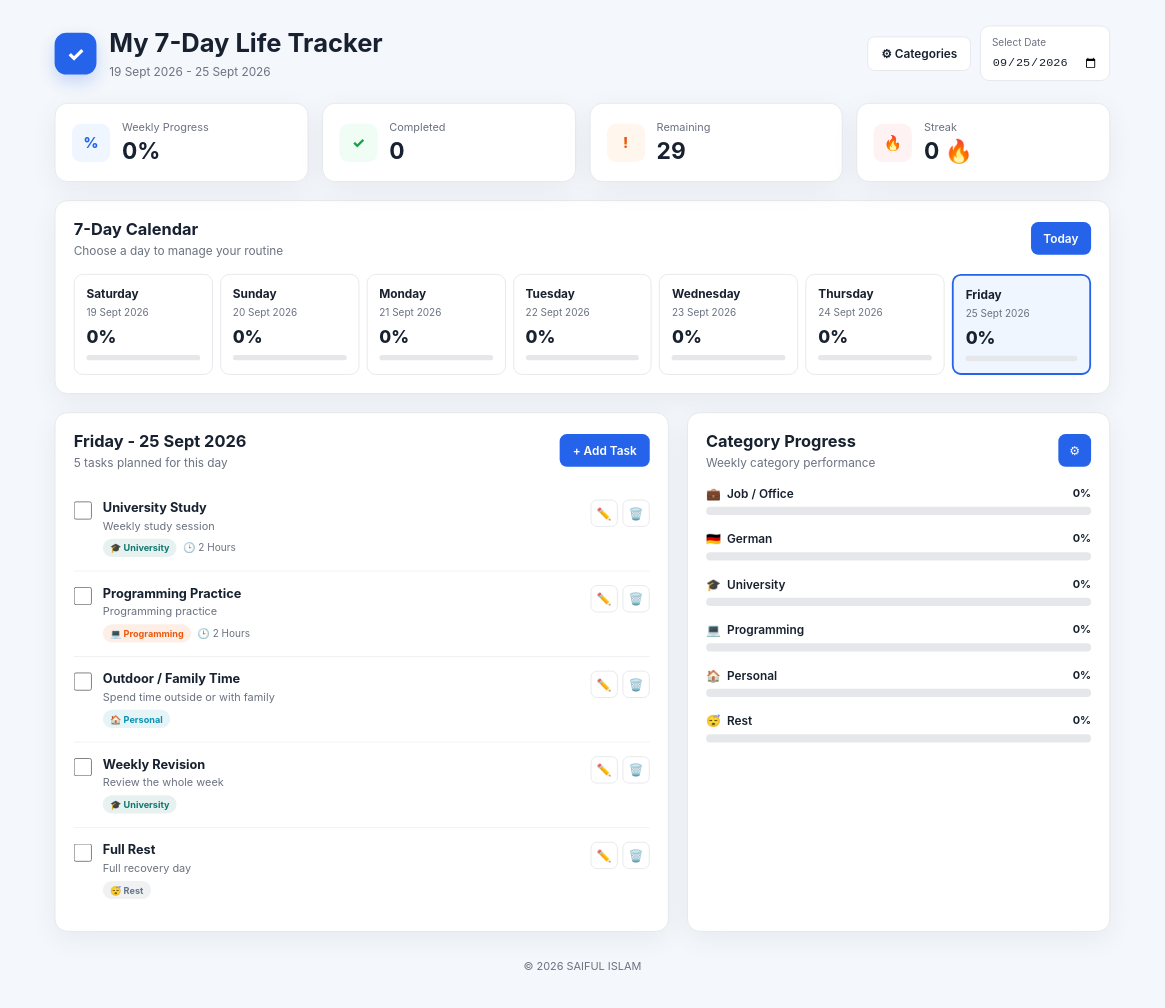
Repository: Saiful21Islam/Life-Tracker
Page: index.html
These files come from the project's save history. The page is drawn as it stood at one moment and after the next save; the edit follows.
The browser window is 1280 px wide. The pictures show the whole page, at 91% of full size.

Above is the page before, as saved 2026-09-28 11:28:21.

After the next save:
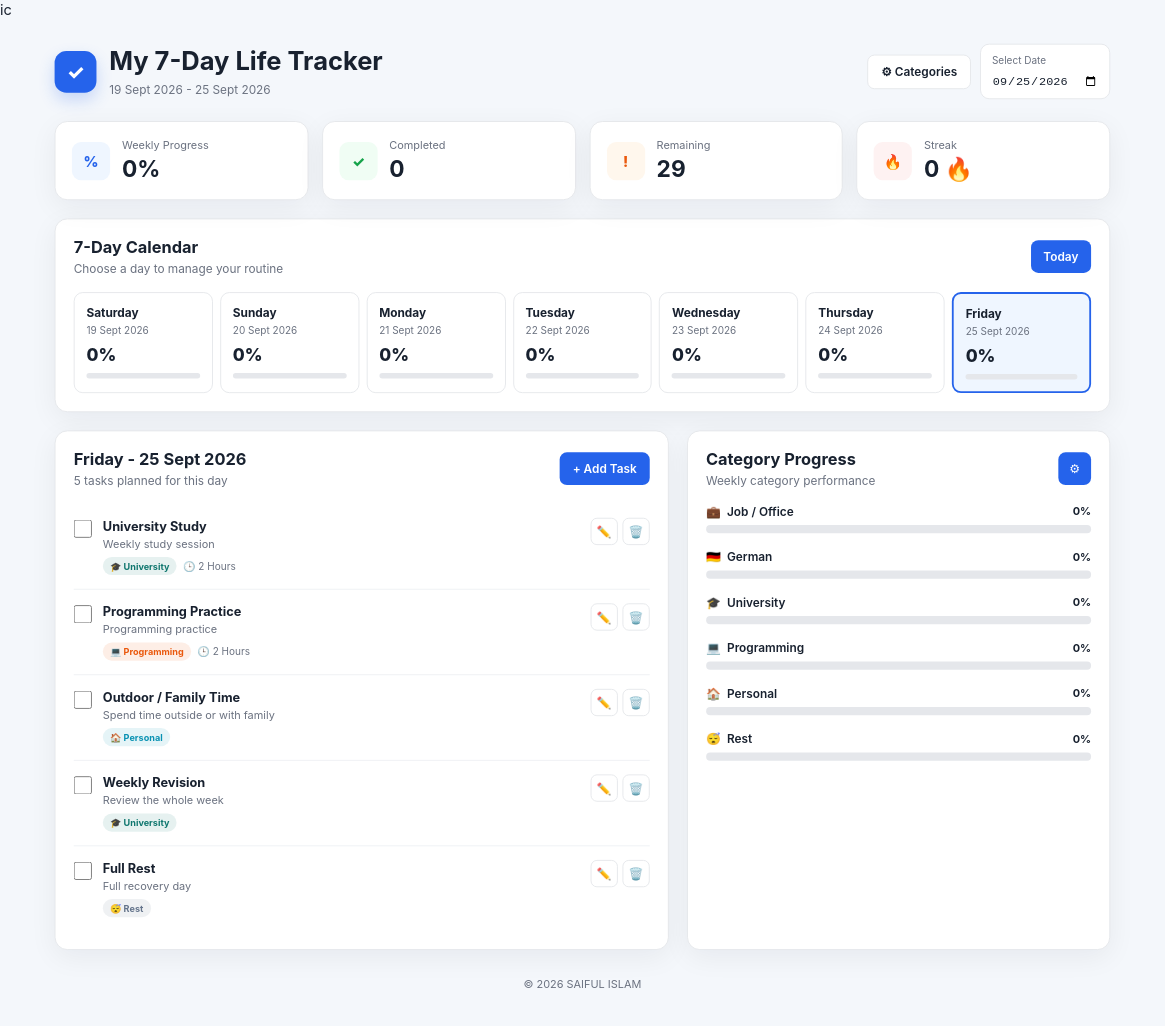
Saved 5 min 14 s later.
--- a/index.html
+++ b/index.html
@@ -6,6 +6,7 @@
     <meta name="viewport" content="width=device-width, initial-scale=1.0">
 
     <title>My 7-Day Life Tracker</title>
+    ic
 
     <link rel="stylesheet" href="./style.css">
 </head>

After the save that followed:
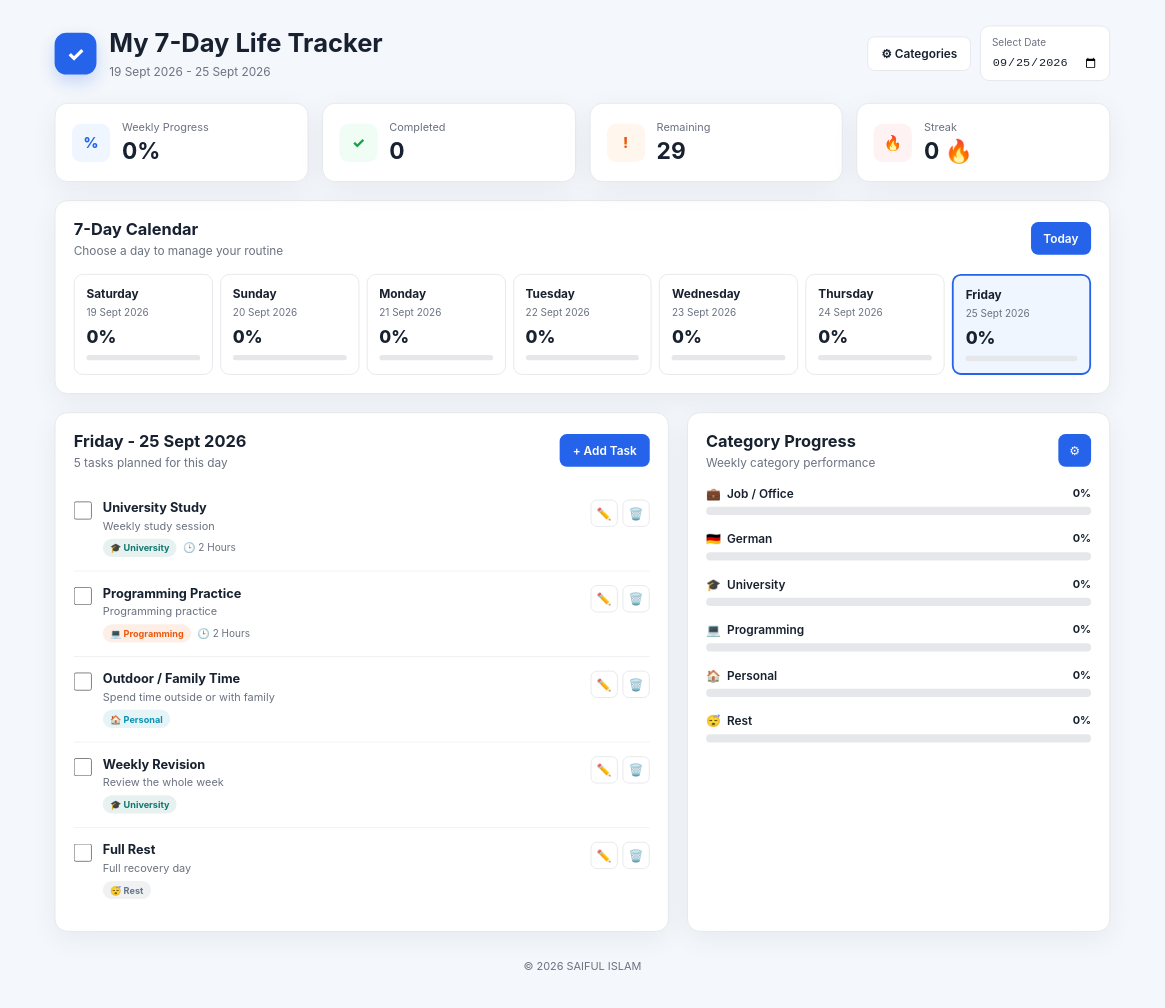
Saved 65 s later.
--- a/index.html
+++ b/index.html
@@ -6,7 +6,7 @@
     <meta name="viewport" content="width=device-width, initial-scale=1.0">
 
     <title>My 7-Day Life Tracker</title>
-    ic
+    <link rel="icon" type="image/x-icon" href="/images/favicon.ico">
 
     <link rel="stylesheet" href="./style.css">
 </head>
